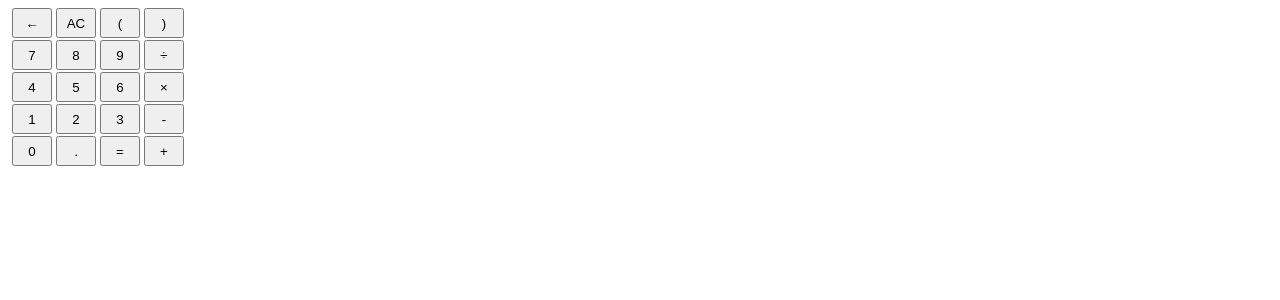
Repository: z1youRA/MyCalculator
Page: index.html
An editor plug-in stored every save of this project. The page is shown before and after the next save, followed by the edit.
The browser window is 1280 px wide. The pictures show the whole page.

Above is the page before, as saved 2021-12-19 14:03:10.

After the next save:
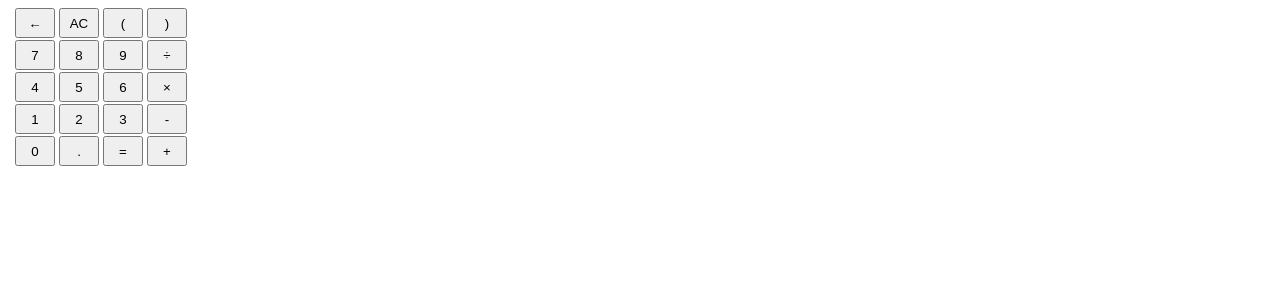
Saved 9 s later.
--- a/css/styles.css
+++ b/css/styles.css
@@ -3,7 +3,7 @@
 }
 
 .row {
-    margin:2px 4px;
+    margin:2px 7px;
 }
 
 
